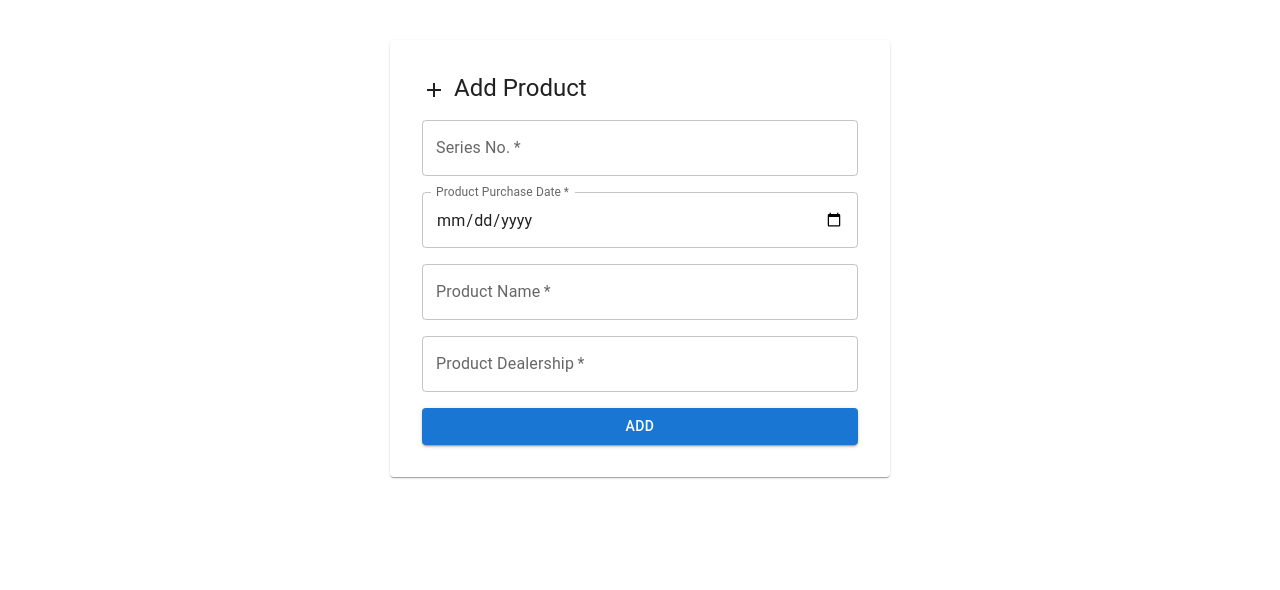
Repository: Sharathguru/Product_Task
Page: /insert (app in Frontend/)
These files come from the project's save history. The page is drawn as it stood at one moment and after a run of saves; the edit follows.
The browser window is 1280 px wide. The pictures show the whole page.
The project was rebuilt for these pictures with package versions that can differ from the ones it lists, and the page was loaded fresh each time. Also part of the build but not shown: Frontend/vite.config.js, Frontend/src/index.css, Frontend/src/Pages/Fetch.jsx, Frontend/src/Components/Home.jsx, Frontend/src/Pages/Update.jsx, Frontend/src/Pages/Delete.jsx.

Above is the page before, as saved 2025-06-13 15:01:20.

### Frontend/src/App.jsx
import React from 'react'
import { BrowserRouter, Route, Routes } from 'react-router-dom'
import { ToastContainer } from 'react-toastify';
import 'react-toastify/dist/ReactToastify.css';
import Home from './Components/Home'
import Insert from './Pages/Insert'
import Update from './Pages/Update'
import Fetch from './Pages/Fetch'
import Delete from './Pages/Delete'

const App = () => {
  return (
    <>
      <ToastContainer position="top-right" autoClose={2000} />
      <BrowserRouter>
      <Routes>
        <Route path="/" element={<Home />} />
        <Route path="/insert" element={<Insert />} />
        <Route path="/update" element={<Update />} />
        <Route path="/fetch" element={<Fetch />} />
        <Route path="/delete" element={<Delete />} />
      </Routes>
        {/* <Route path="*" element={<h1>404 Not Found</h1>} /> */}
      </BrowserRouter>
    </>
  )
}

export default App

### Frontend/src/Pages/Insert.jsx
import React from "react";
import axios from "../axios/axios.js";
import { useNavigate } from "react-router-dom";
import { toast } from "react-toastify";
import {
  Box,
  Button,
  Paper,
  TextField,
  Typography,
  Stack,
  Alert,
} from "@mui/material";
import AddIcon from "@mui/icons-material/Add";

const Insert = () => {
  const [data, setData] = React.useState({
    Series_No: "",
    Product_Purchase_Date: "",
    Product_Name: "",
    Product_Dealership: "",
  });
  const [error, setError] = React.useState("");
  const [success, setSuccess] = React.useState("");
  const navigate = useNavigate();

  const handleChange = (e) => {
    setData({
      ...data,
      [e.target.name]: e.target.value,
    });
  };

  const handleSubmit = async (e) => {
    e.preventDefault();
    try {
      await axios.post("/user", data);
      toast.success("Product added successfully!");
      setTimeout(() => navigate("/"), 1000);
    } catch (err) {
      toast.error("Failed to add product.");
    }
  };

  return (
    <>
    <Box sx={{ maxWidth: 500, mx: "auto", mt: 5 }}>
      <Paper sx={{ p: 4 }}>
        <Typography variant="h5" mb={2}>
          <AddIcon sx={{ mr: 1, verticalAlign: "middle" }} />
          Add Product
        </Typography>
        <form onSubmit={handleSubmit}>
          <Stack spacing={2}>
            <TextField
              label="Series No."
              name="Series_No"
              value={data.Series_No}
              onChange={handleChange}
              required
              fullWidth
            />
            <TextField
              label="Product Purchase Date"
              name="Product_Purchase_Date"
              type="date"
              value={data.Product_Purchase_Date}
              onChange={handleChange}
              required
              InputLabelProps={{ shrink: true }}
              fullWidth
            />
            <TextField
              label="Product Name"
              name="Product_Name"
              value={data.Product_Name}
              onChange={handleChange}
              required
              fullWidth
            />
            <TextField
              label="Product Dealership"
              name="Product_Dealership"
              value={data.Product_Dealership}
              onChange={handleChange}
              required
              fullWidth
            />
            <Button type="submit" variant="contained" color="primary">
              Add
            </Button>
            {error && <Alert severity="error">{error}</Alert>}
            {success && <Alert severity="success">{success}</Alert>}
          </Stack>
        </form>
      </Paper>
    </Box>
    </>
  );

};

export default Insert;

### Frontend/src/axios/axios.js
import axios from 'axios'

const instance = axios.create({
    baseURL: 'http://localhost:3000'
})
export default instance

### Frontend/src/Components/Navbar.jsx
import React from "react";
import AppBar from "@mui/material/AppBar";
import Toolbar from "@mui/material/Toolbar";
import Typography from "@mui/material/Typography";
import Box from "@mui/material/Box";
import InputBase from "@mui/material/InputBase";
import SearchIcon from "@mui/icons-material/Search";

const Navbar = ({ search, setSearch }) => {
  return (
    <AppBar position="static" color="default" elevation={1}>
      <Toolbar>
        <Box sx={{ display: "flex", alignItems: "center", flexGrow: 1 }}>
          <Typography variant="h6" color="inherit" noWrap>
            Product Search
          </Typography>
        </Box>
        <Box
          sx={{
            position: "relative",
            borderRadius: 1,
            backgroundColor: "#f1f3f4",
            marginLeft: 0,
            width: 300,
            display: "flex",
            alignItems: "center",
            px: 2,
          }}
        >
          <SearchIcon sx={{ color: "#888", mr: 1 }} />
          <InputBase
            placeholder="Search Product"
            inputProps={{ "aria-label": "search" }}
            fullWidth
            value={search}
            onChange={(e) => setSearch(e.target.value)}
          />
        </Box>
      </Toolbar>
    </AppBar>
  );
};

export default Navbar;

Loaded but not shown: Frontend/index.html (common file); Frontend/src/main.jsx (common file)

After the next 4 saves:
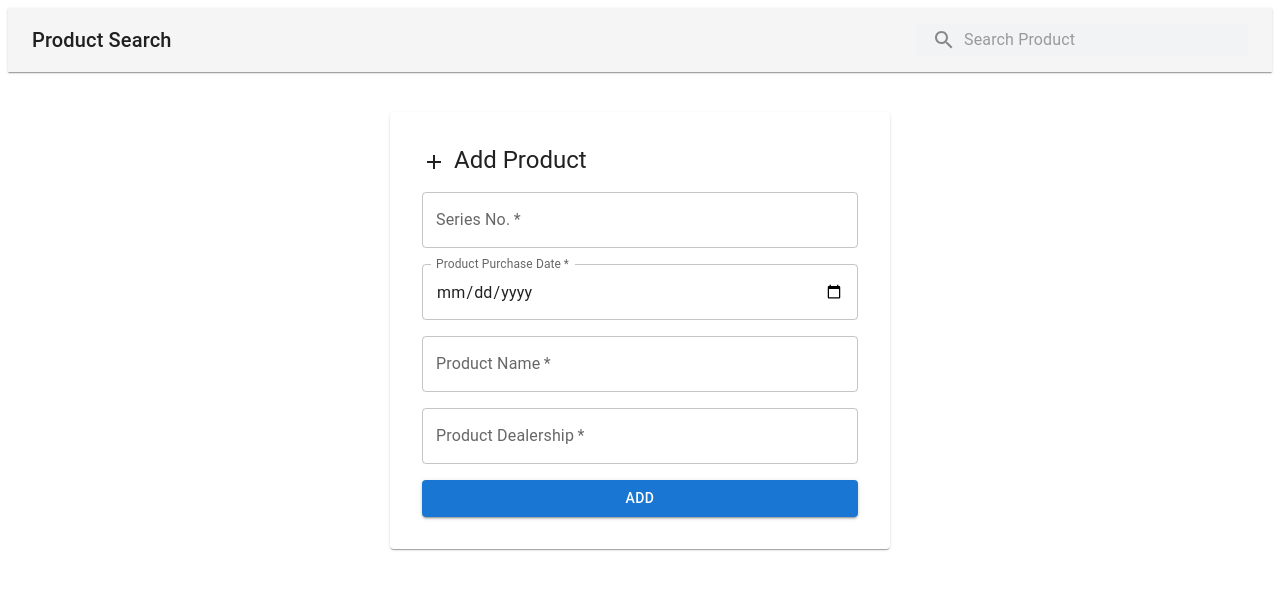
The 4 saves are shown as one change because they came seconds apart.
The last was saved 14 s later.
--- a/Frontend/src/Pages/Insert.jsx
+++ b/Frontend/src/Pages/Insert.jsx
@@ -12,6 +12,7 @@ import {
   Alert,
 } from "@mui/material";
 import AddIcon from "@mui/icons-material/Add";
+import Navbar from "../Components/Navbar.jsx";
 
 const Insert = () => {
   const [data, setData] = React.useState({
@@ -44,6 +45,7 @@ const Insert = () => {
 
   return (
     <>
+    <Navbar/>
     <Box sx={{ maxWidth: 500, mx: "auto", mt: 5 }}>
       <Paper sx={{ p: 4 }}>
         <Typography variant="h5" mb={2}>
